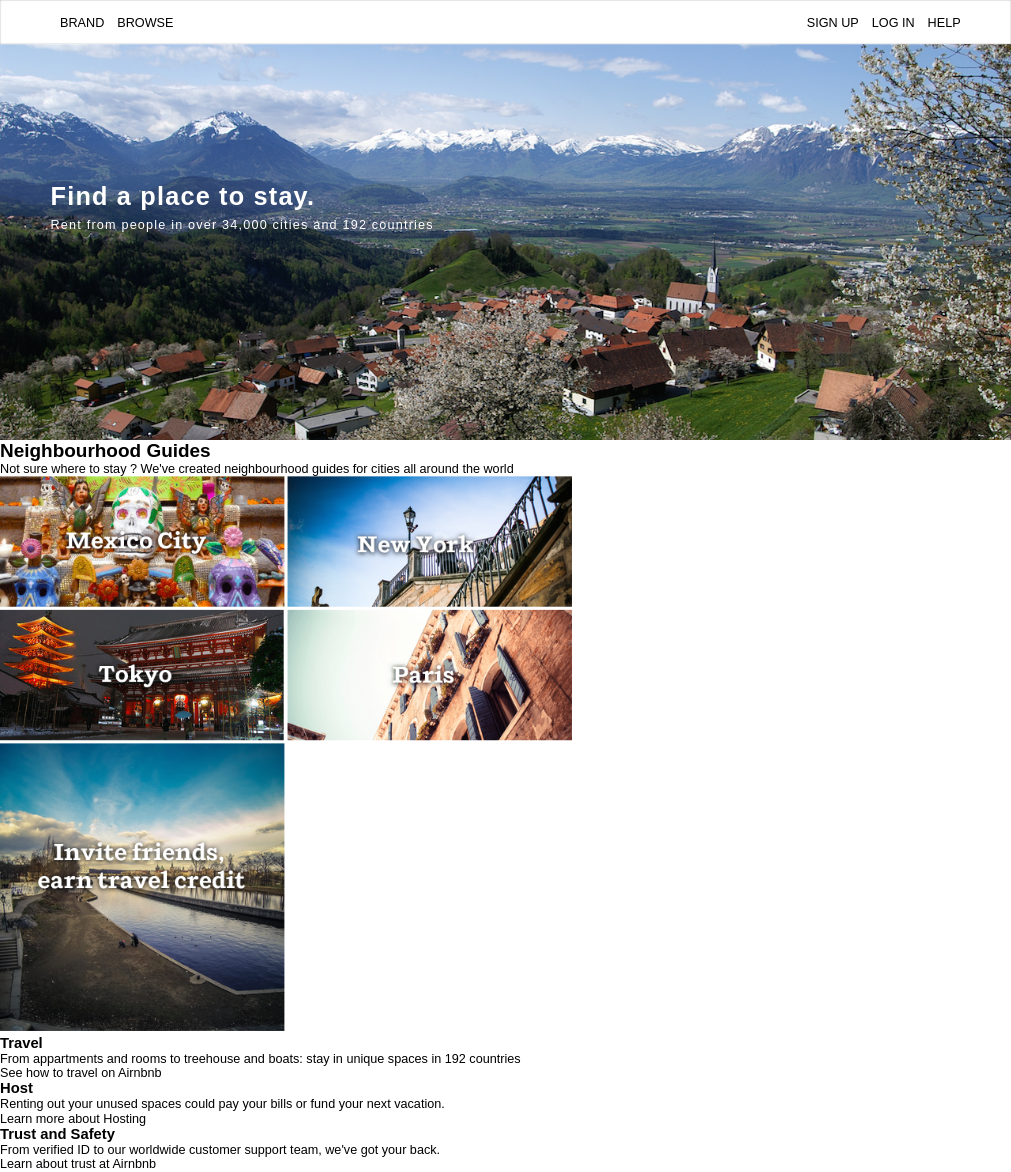
Repository: Naohonproject/web101x02_asm1
Page: Project2.html
The author's editor kept a copy of each file at every save. The page is drawn from the files as they stood at one save, then again after the next save.
The browser window is 1280 px wide. The pictures show the whole page, at 79% of full size.

Above is the page before, as saved 2022-01-15 18:33:06.

### Project2.html
<!-- @format -->

<!DOCTYPE html>
<html lang="en">
	<head>
		<meta charset="UTF-8" />
		<meta http-equiv="X-UA-Compatible" content="IE=edge" />
		<meta name="viewport" content="width=device-width, initial-scale=1.0" />
		<link rel="stylesheet" href="./assets/css/style.css" />
		<link rel="stylesheet" href="./assets/css/responsive.css" />
		<title>Homepage</title>
	</head>
	<body>
		<div id="header">
			<div class="header-wrapper">
				<div class="nav-bar">
					<ul class="left-nav pull-left">
						<li>Brand</li>
						<li>Browse</li>
					</ul>
					<ul class="right-nav pull-right">
						<li><a href="Signup.html">Sign Up</a></li>
						<li><a href="login.html" target="_blank">Log In</a></li>
						<li>Help</li>
					</ul>
				</div>
			</div>
		</div>

		<div id="banner">
			<div class="banner-wrapper">
				<div class="banner-text-content">
					<div class="content-heading">
						<h1 class="white-text">Find a place to stay.</h1>
					</div>
					<div class="content-desc">
						<p class="white-text">
							Rent from people in over 34,000 cities and 192 countries
						</p>
					</div>
				</div>
			</div>
		</div>

		<div id="content">
			<div class="content-wrapper">
				<div class="content-heading">
					<h2>Neighbourhood Guides</h2>
					<p>
						Not sure where to stay ? We've created neighbourhood guides for
						cities all around the world
					</p>
				</div>
				<div class="content-images-table">
					<div>
						<img
							src="./assets/img/web101x-Mexico City.png"
							alt="Mexico City"
							width="360"
						/>
						<img
							src="./assets/img/web101x-New York.png"
							alt="New York City"
							width="360"
						/>
					</div>
					<div>
						<img
							src="./assets/img/web101x-Tokyo.png"
							alt="Tokyo City"
							width="360"
						/>
						<img
							src="./assets/img/web101x-Paris.png"
							alt="Paris City"
							width="360"
						/>
					</div>
					<div>
						<img
							src="./assets/img/web101x-Invitation.png"
							alt="Invitation image"
							width="360"
						/>
					</div>
				</div>
			</div>
		</div>

		<div id="footer">
			<div class="footer-wrapper">
				<div class="footer-block">
					<h3>Travel</h3>
					<p>
						From appartments and rooms to treehouse and boats: stay in unique
						spaces in 192 countries
					</p>
					<a href="#">See how to travel on Airnbnb</a>
				</div>

				<div class="footer-blockr">
					<h3>Host</h3>
					<p>
						Renting out your unused spaces could pay your bills or fund your
						next vacation.
					</p>
					<a href="#">Learn more about Hosting</a>
				</div>

				<div class="footer-block">
					<h3>Trust and Safety</h3>
					<p>
						From verified ID to our worldwide customer support team, we've got
						your back.
					</p>
					<a href="#">Learn about trust at Airnbnb</a>
				</div>
			</div>
		</div>
	</body>
</html>

### assets/css/style.css
/** @format */

/* common */

/* reset css */
* {
	box-sizing: border-box;
	padding: 0;
	margin: 0;
	text-decoration: none;
	color: #000;
}

/* row style */
.row {
}
/* collumn style */
.col {
}

.col-haft {
}

.col-third {
}

.align-center {
}
/* Set text lineweight to Bold */
.bold-text {
}
.white-text {
	color: #fff !important;
}
.btn-hover {
}

.pull-left {
	float: left !important;
}

.pull-right {
	float: right !important;
}

/* specific */

html {
	font-family: Arial, Helvetica, sans-serif;
}

/* start styling header */
#header {
	height: 56px;
	width: 100%;
	background-color: #fff;
	background-clip: border-box;
	box-shadow: 0 0 2px grey inset;
	color: #000;
	font-size: 16px;
	text-transform: uppercase;
	font-weight: 500;
	position: fixed;
	top: 0;
	left: 0;
}

#header li {
	display: inline-block;
	margin-left: 12px;
}

.header-wrapper {
	padding: 20px 64px;
}
/* end styling header */

/* start styling banner */
#banner {
	width: 100%;
	margin-top: 56px;
	padding-top: 39.123607%;
	background: url(../img/banner/banner.png) top center / cover no-repeat;
	background-origin: border-box;
	position: relative;
	top: 0;
	left: 0;
}

.banner-text-content {
	position: absolute;
	top: 35%;
	left: 64px;
}

#banner .content-heading,
.content-desc {
	margin-bottom: 8px;
	letter-spacing: 1.5px;
}

Loaded but not shown: assets/css/responsive.css (no stored copy; drawn as an empty file)

After the next save:
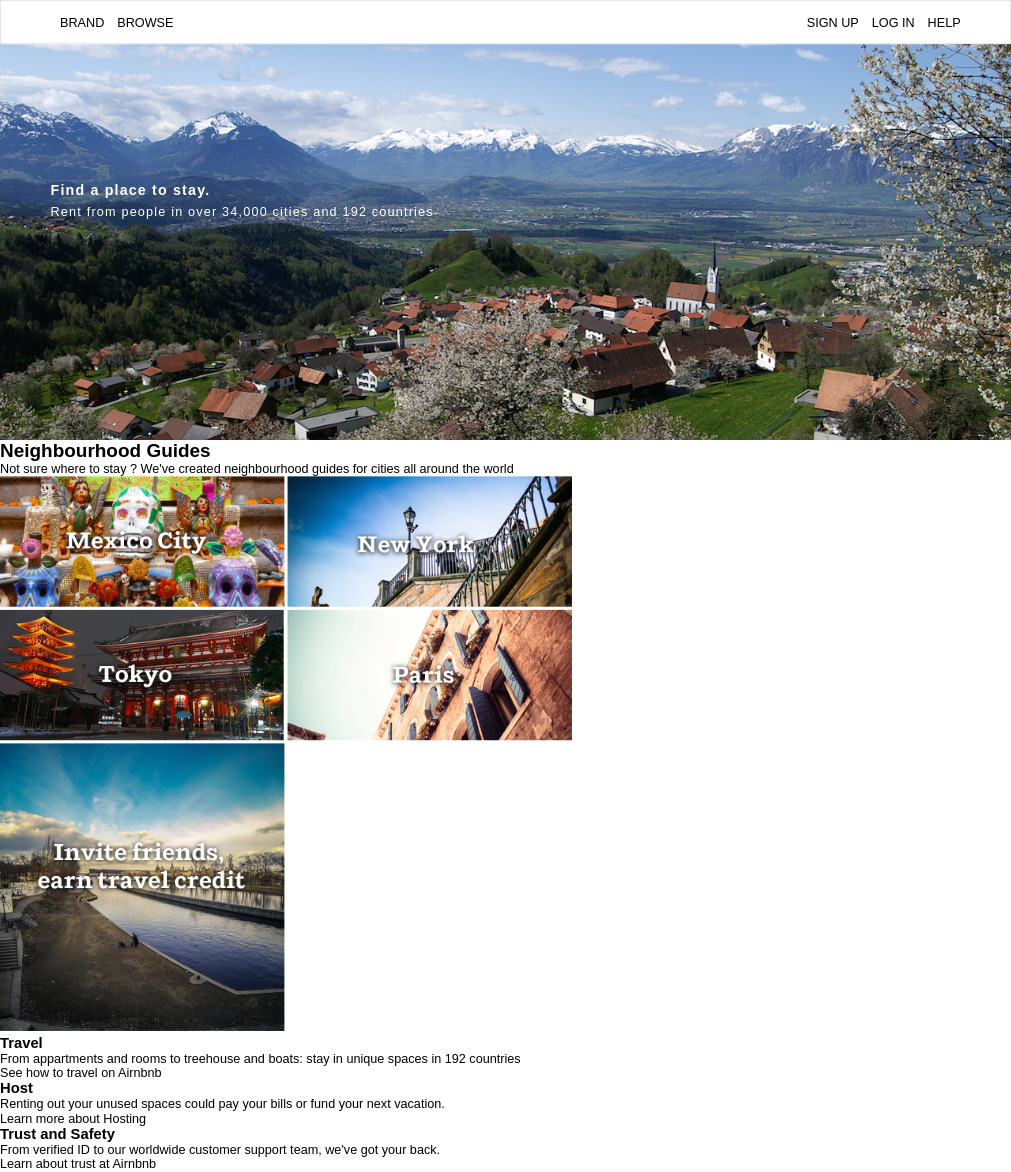
Saved 71 s later.
--- a/assets/css/style.css
+++ b/assets/css/style.css
@@ -98,3 +98,7 @@ html {
 	margin-bottom: 8px;
 	letter-spacing: 1.5px;
 }
+
+#banner h1 {
+	font-size: large;
+}

After the save that followed:
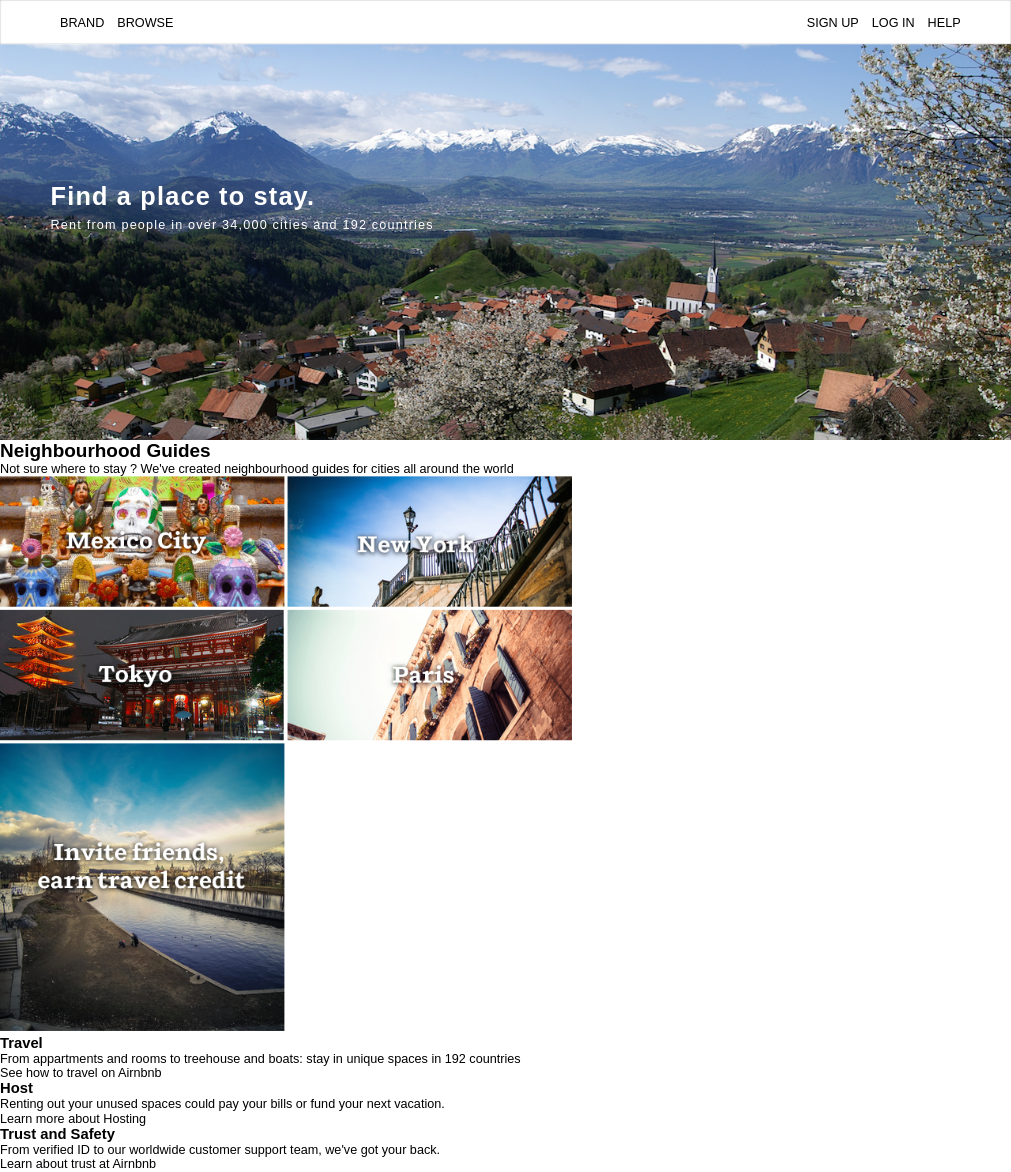
Saved 11 s later.
--- a/assets/css/style.css
+++ b/assets/css/style.css
@@ -100,5 +100,5 @@ html {
 }
 
 #banner h1 {
-	font-size: large;
+	font-size: ;
 }
